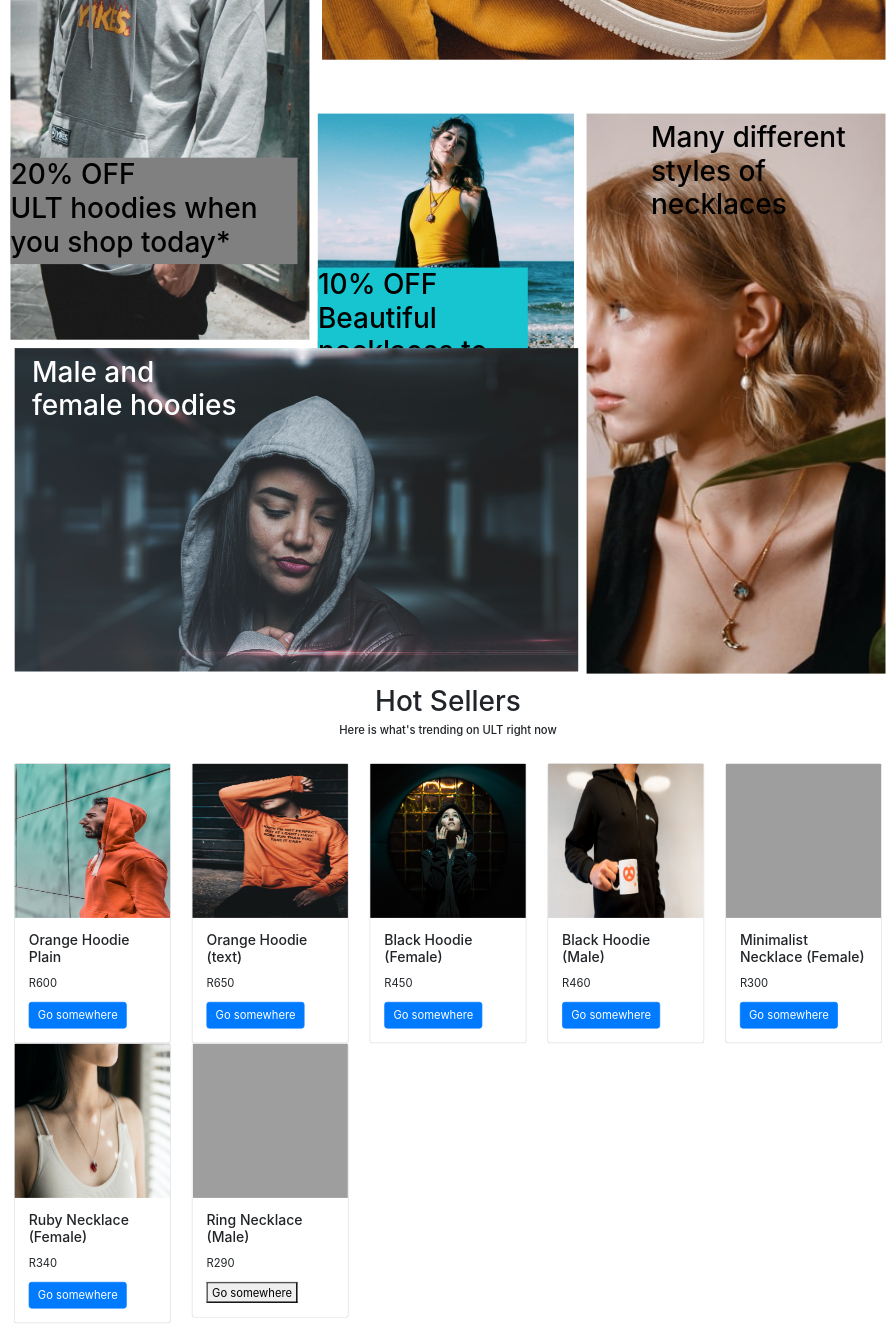
Repository: Ajtheult/Luma-Challenge-Site
Page: /
These files come from the project's save history. The page is drawn as it stood at one moment and after the next save; the edit follows.
The browser window is 1280 px wide. The pictures show the part of the page from y = 986 to 2906 px (the page is 2896 px tall before and 2906 px after), at 70% of full size.
Pictures or frames that could not be fetched are drawn as grey boxes. The project was rebuilt for these pictures with package versions that can differ from the ones it lists, and the page was loaded fresh each time.

Above is the page before, as saved 2020-09-01 09:50:31.

After the next save:
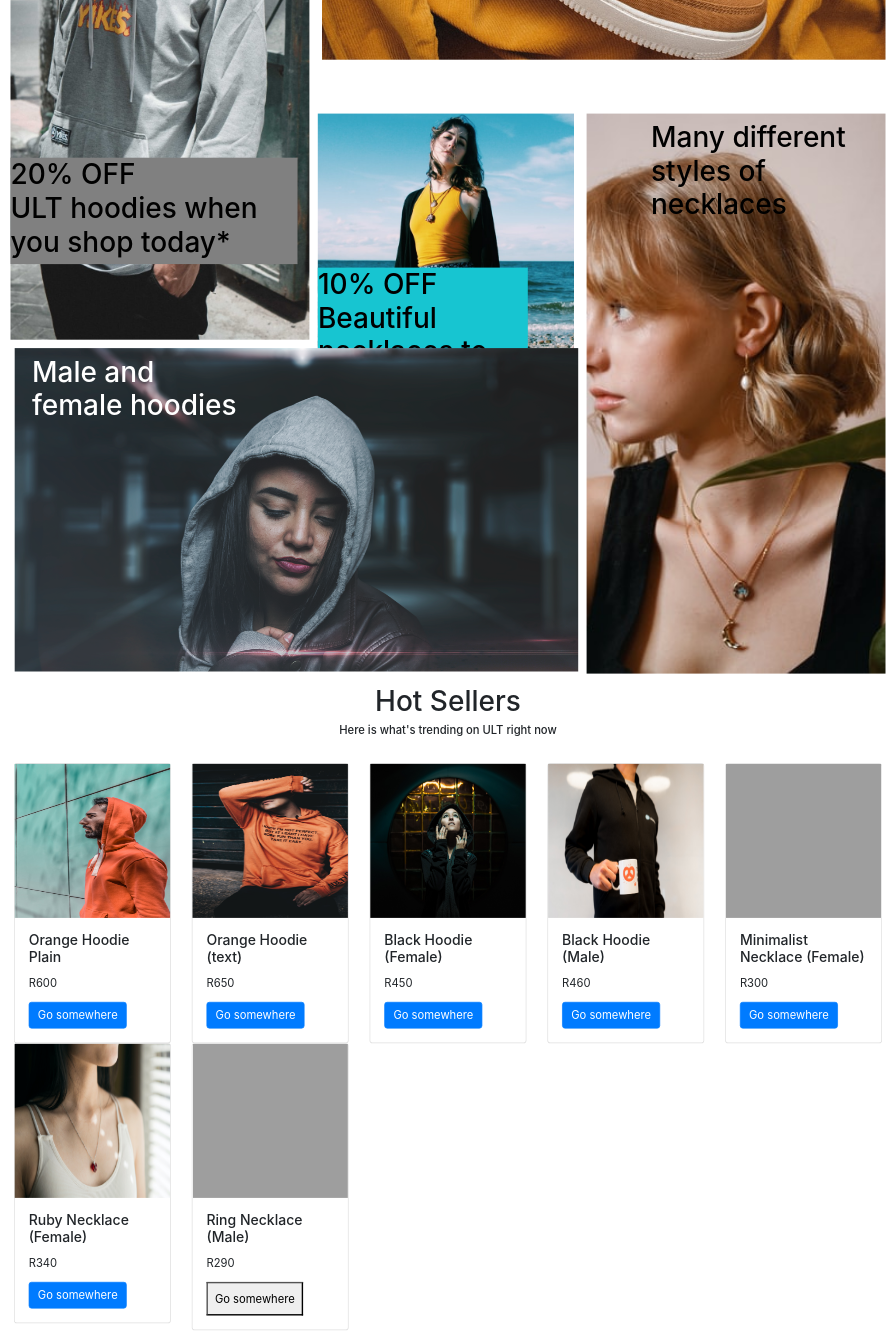
Saved 21 s later.
--- a/src/components/layout/pages/home/SecondHome.css
+++ b/src/components/layout/pages/home/SecondHome.css
@@ -21,3 +21,7 @@
 .card-body {
   text-align: left;
 }
+
+.buttons {
+  padding: 10px;
+}
